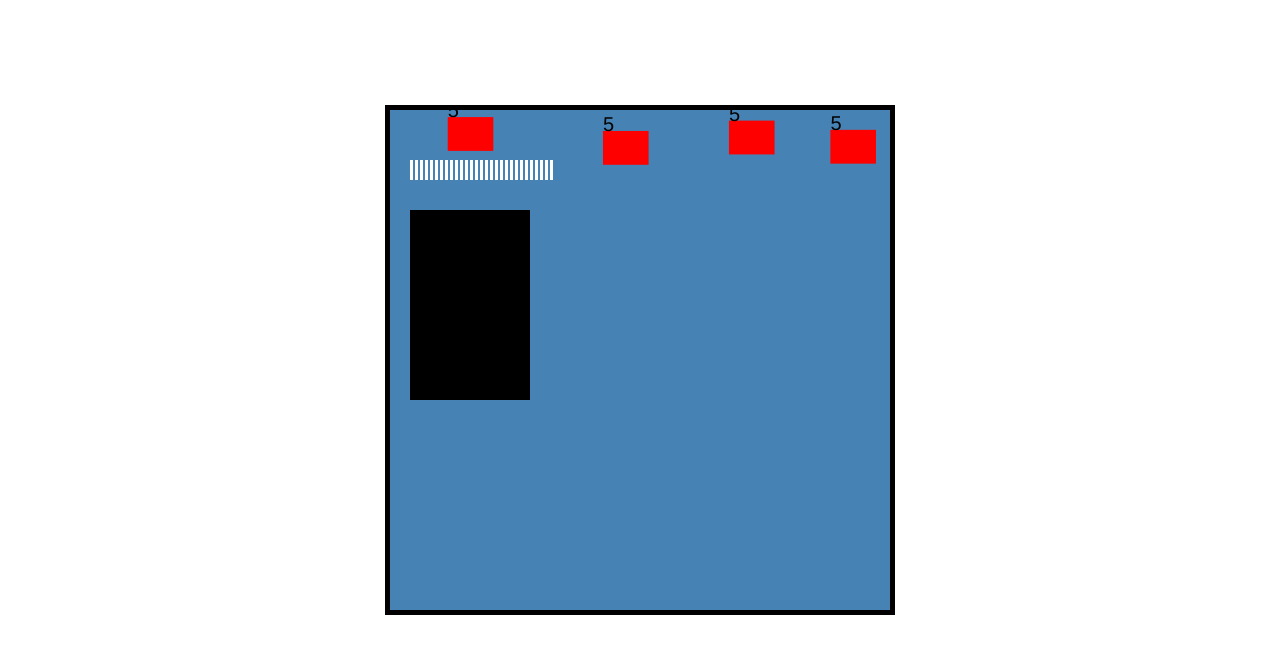
Repository: vasucp1207/seahorse-shooting-game
Page: index.html
The author's editor kept a copy of each file at every save. The page is drawn from the files as they stood at one save, then again after the next save.
The browser window is 1280 px wide. The pictures show the whole page.

Above is the page before, as saved 2022-08-24 19:08:59.

### index.html
<!DOCTYPE html>
<html lang="en">
<head>
    <meta charset="UTF-8">
    <meta http-equiv="X-UA-Compatible" content="IE=edge">
    <meta name="viewport" content="width=device-width, initial-scale=1.0">
    <title>Document</title>
    <link rel="stylesheet" href="style.css">
</head>
<body>
    <canvas id="canvas"></canvas>

    <script src="script.js"></script>
</body>
</html>

### style.css
* {
    margin: 0;
    padding: 0;
    box-sizing: border-box;
}

#canvas{
    border: 5px solid black;
    position: absolute;
    top: 50%;
    left: 50%;
    transform: translate(-50%, -50%);
    background: steelblue;
    max-width: 100%;
    max-height: 100%;
}

### script.js
window.addEventListener('load', function () {
    const canvas = this.document.getElementById('canvas')
    const ctx = canvas.getContext('2d')
    canvas.width = 500
    canvas.height = 500

    class InputHandler {
        constructor(game) {
            this.game = game
            window.addEventListener('keydown', e => {
                if (((e.key === 'ArrowUp')
                    || (e.key === 'ArrowDown'))
                    && (this.game.keys.indexOf(e.key)) === -1) {
                    this.game.keys.push(e.key)
                } else if(e.key === ' '){
                    this.game.player.shootTop()
                }
            })
            window.addEventListener('keyup', e => {
                if (this.game.keys.indexOf(e.key) > -1) {
                    this.game.keys.splice(this.game.keys.indexOf(e.key), 1)
                }
            })
        }
    }

    class Projectile {
        constructor(game, x, y){
            this.game = game
            this.x = x
            this.y = y
            this.width = 10
            this.height = 10
            this.speed = 10
            this.markedForDeletion = false
        }

        update(){
            this.x += this.speed
            if(this.x > this.game.width * 0.9) this.markedForDeletion = true
        }

        draw(context){
            context.fillStyle = 'yellow'
            context.fillRect(this.x, this.y, this.width, this.height)
        }
    }

    class Player {
        constructor(game) {
            this.game = game
            this.width = 120
            this.height = 190
            this.x = 20
            this.y = 100
            this.speedY = 0
            this.maxSpeed = 2
            this.projectile = []
        }

        update() {
            if(this.game.keys.includes('ArrowUp')) this.speedY = -this.maxSpeed
            else if(this.game.keys.includes('ArrowDown')) this.speedY = this.maxSpeed
            else this.speedY = 0
            this.y += this.speedY

            this.projectile.forEach(projectile => {
                projectile.update()
            })
            this.projectile = this.projectile.filter(projectile => !projectile.markedForDeletion)
        }
        draw(context) {
            context.fillStyle = 'black'
            context.fillRect(this.x, this.y, this.width, this.height)
            this.projectile.forEach(projectile => {
                projectile.draw(context)
            })
        }
        shootTop(){
            if(this.game.amo > 0){
                this.projectile.push(new Projectile(this.game, this.x + 80, this.y + 80))
                this.game.amo--
            }
        }
    }

    class Particle {

    }

    class Enemy {
        constructor(game){
            this.game = game
            this.x = this.game.width
            this.speedX = Math.random() * -1.5 - 0.5
            this.markedForDeletion = false
            this.lives = 5
            this.score = this.lives
        }
        update(){
            this.x += this.speedX
            if(this.x + this.width < 0) this.markedForDeletion = true
        }
        draw(context){
            context.fillStyle = 'red'
            context.fillRect(this.x, this.y, this.width, this.height)
            context.fillStyle = 'black'
            context.font = '20px Helvetica'
            context.fillText(this.lives, this.x, this.y)
        }
    }

    class Angler1 extends Enemy{
        constructor(game){
            super(game)
            this.width = 228 * 0.2
            this.height = 169 * 0.2
            this.y = Math.random() * (this.game.height * 0.9, this.height)
        }
    }

    class Layer {

    }

    class Background {

    }

    class UI {
        constructor(game){
            this.game = game
            this.fontSize = 25
            this.fontFamily = 'Helvetica'
            this.color = 'white'
        }
        draw(context){
            context.fillStyle = this.color
            for(let i = 0; i < this.game.amo; i++){
                context.fillRect(20 + 5 * i, 50, 3, 20)
            }
        }
    }

    class Game {
        constructor(width, height) {
            this.width = width
            this.height = height
            this.player = new Player(this)
            this.input = new InputHandler(this)
            this.ui = new UI(this)
            this.keys = []
            this.enemies = []
            this.enemyTimer = 0
            this.enemyInterval= 1000
            this.amo = 20
            this.amoTimer = 0
            this.amoInterval = 500
            this.maxAmo = 50
            this.gameOver = false
        }
        update(deltaTime) {
            this.player.update()
            if(this.amoTimer > this.amoInterval){
                if(this.amo < this.maxAmo) this.amo++
                this.amoTimer = 0
            }
            else{
                this.amoTimer += deltaTime
            }

            this.enemies.forEach(enemy => {
                enemy.update()
                if(this.checkCollision(this.player, enemy)){
                    enemy.markedForDeletion = true
                }

                this.player.projectile.forEach(projectile => {
                    if(this.checkCollision(projectile, enemy)){
                        enemy.lives--
                        projectile.markedForDeletion = true
                        if(enemy.lives <= 0){
                            enemy.markedForDeletion = true
                            this.score += enemy.score
                        }
                    }
                })
            })
            this.enemies = this.enemies.filter(enemy => !enemy.markedForDeletion)
            if(this.enemyTimer > this.enemyInterval && !this.gameOver){
                this.addEnemy()
                this.enemyTimer = 0
            }
            else{
                this.enemyTimer += deltaTime
            }
        }

        draw(context) {
            this.player.draw(context)
            this.ui.draw(context)
            this.enemies.forEach(enemy => {
                enemy.draw(context)
            })
        }

        addEnemy(){
            this.enemies.push(new Angler1(this))
        }

        checkCollision(rect1, rect2){
            return (
                rect1.x < rect2.x + rect2.width &&
                rect1.x + rect1.width > rect2.x &&
                rect1.y < rect2.y + rect2.height &&
                rect1.height + rect1.y > rect2.y
            )
        }
    }

    const game = new Game(canvas.width, canvas.height)
    let lastTime = 0
    function animate(timeStamp) {
        const deltaTime = timeStamp - lastTime
        lastTime = timeStamp
        ctx.clearRect(0, 0, canvas.width, canvas.height)
        game.update(deltaTime)
        game.draw(ctx)
        requestAnimationFrame(animate)
    }
    animate(0)
})

After the next save:
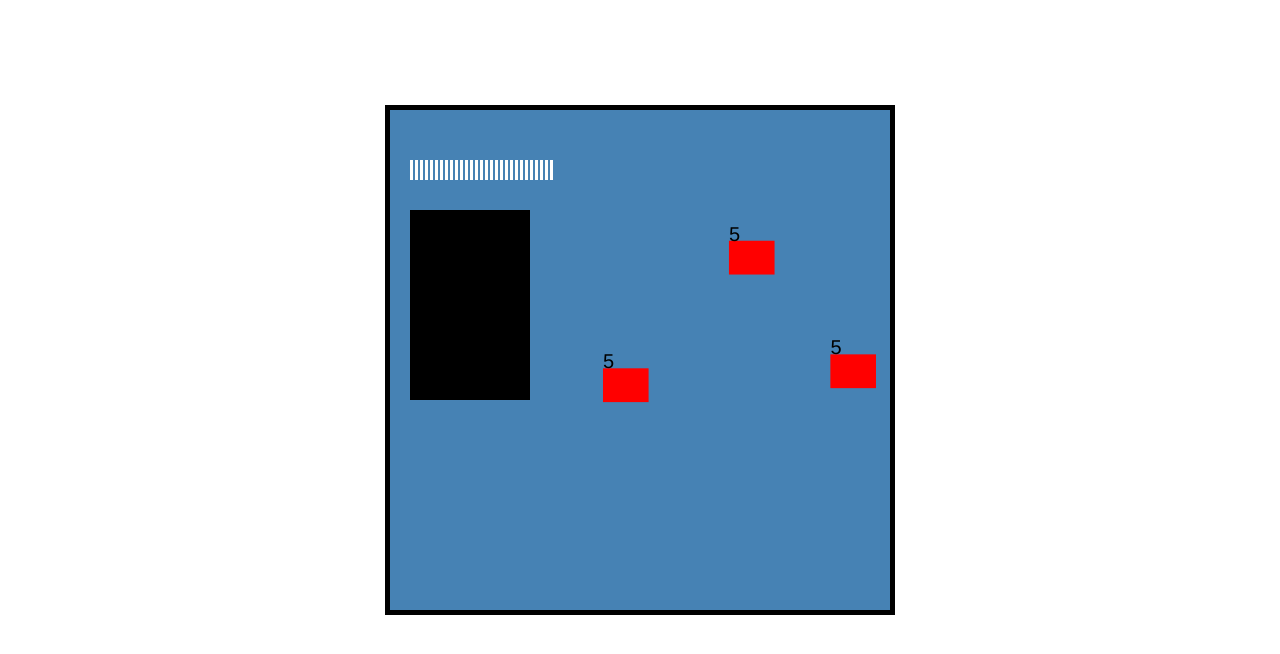
Saved 96 s later.
--- a/script.js
+++ b/script.js
@@ -115,7 +115,7 @@ window.addEventListener('load', function () {
             super(game)
             this.width = 228 * 0.2
             this.height = 169 * 0.2
-            this.y = Math.random() * (this.game.height * 0.9, this.height)
+            this.y = Math.random() * (this.game.height * 0.9 - this.height)
         }
     }
 
